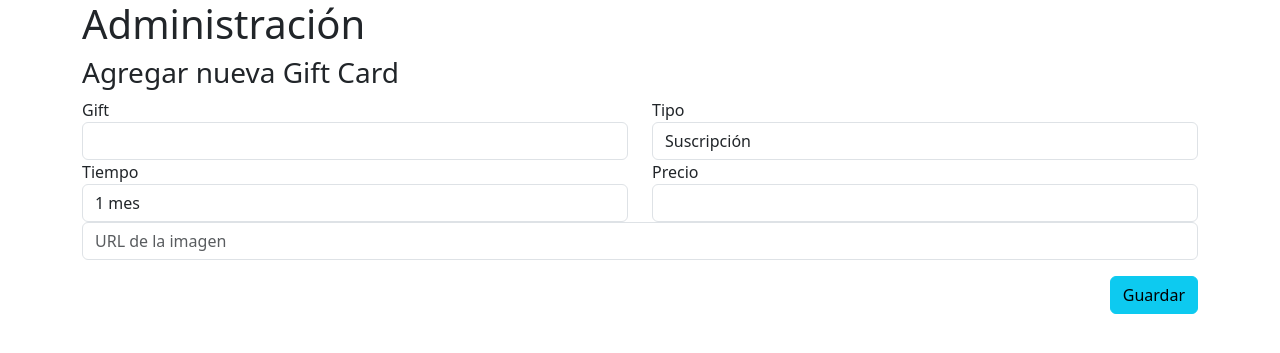
Repository: pedro-donoso/vanilla-js
Page: index.html
These files come from the project's save history. The page is drawn as it stood at one moment and after a run of saves; the edit follows.
The browser window is 1280 px wide. The pictures show the whole page.

Above is the page before, as saved 2024-01-31 13:43:30.
Console error: SyntaxError: Unexpected identifier 'assert'

After the next 4 saves:
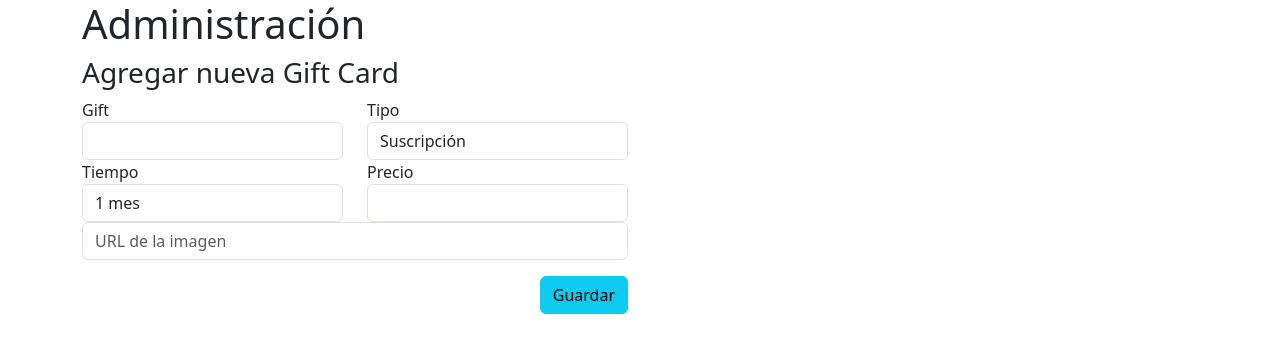
The 4 saves are shown as one change because they came seconds apart.
The last was saved 9 s later.
--- a/index.html
+++ b/index.html
@@ -18,7 +18,7 @@
             </div>
         </div>
         <div class="row">
-            <div class="col-12 col">
+            <div class="col-12 col-md-6 offset-">
                 <h3>Agregar nueva Gift Card</h3>
                 <form>
                     <div class="row">
